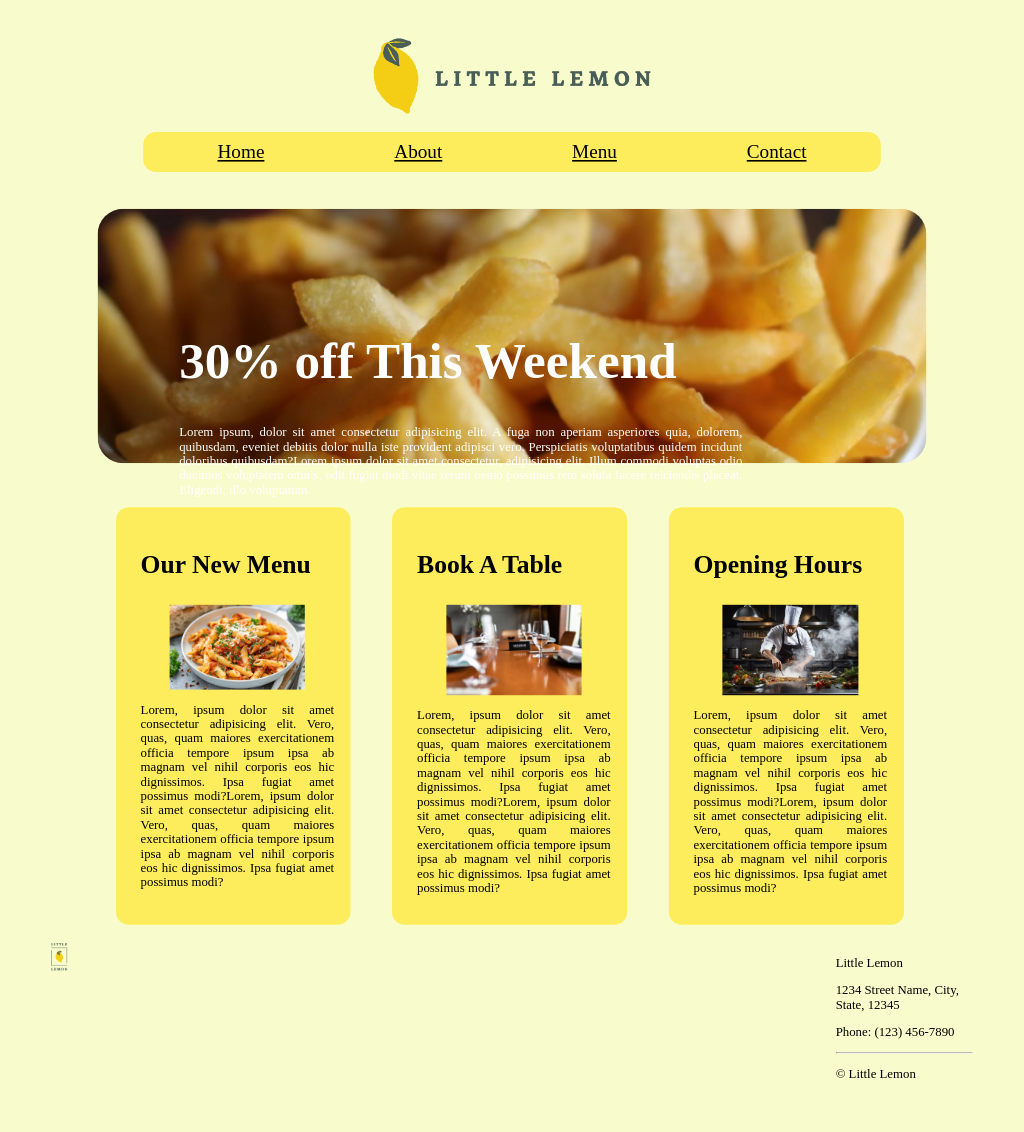
Repository: Yeshwanth-189/meta-html-css
Page: index.html
These files come from the project's save history. The page is drawn as it stood at one moment and after the next save; the edit follows.
The browser window is 1280 px wide. The pictures show the whole page, at 80% of full size.

Above is the page before, as saved 2025-04-22 00:31:27.

### index.html
<!DOCTYPE html>
<html lang="en">
    <head>
        <meta charset="UTF-8">
        <meta name="viewport" content="width=device-width, initial-scale=1.0">
        <title>Little Lemon</title>
        <link rel="stylesheet" href="styles.css">
        <meta name="description" content="A simple web page for Little Lemon restaurant.">
        <meta name="author" content="Little Lemon Restaurant">
    </head>
    <body>
        <header>
            <img src="/Logos/Asset 16@4x.png" alt="Little Lemon Logo" id="logo">
            <nav id="navbar">
                <ul>
                    <li><a href="home">Home</a></li>
                    <li><a href="about">About</a></li>
                    <li><a href="menu">Menu</a></li>
                    <li><a href="contact">Contact</a></li>
                </ul>
        </header>
        <main>
            <div>
                <img src="/Logos/image.png" alt="discount-image" id="discount-image">
                <div class="text-overlay">
                    <h1 class="discount-heading">30% off This Weekend</h1>
                    <p>Lorem ipsum, dolor sit amet consectetur adipisicing elit. A fuga non aperiam asperiores quia, dolorem, quibusdam, eveniet debitis dolor nulla iste provident adipisci vero. Perspiciatis voluptatibus quidem incidunt doloribus quibusdam?Lorem ipsum dolor sit amet consectetur, adipisicing elit. Illum commodi voluptas odio ducimus voluptatem omnis, odit fugiat modi vitae rerum nemo possimus rem soluta facere reiciendis placeat. Eligendi, illo voluptatum.</p>
            </div>
            <section>
                <article>
                    <h1>Our New Menu</h1>
                    <img src="/Logos/Pasta.png" alt="Pasta Image" id="article-image">
                    <p>Lorem, ipsum dolor sit amet consectetur adipisicing elit. Vero, quas, quam maiores exercitationem officia tempore ipsum ipsa ab magnam vel nihil corporis eos hic dignissimos. Ipsa fugiat amet possimus modi?Lorem, ipsum dolor sit amet consectetur adipisicing elit. Vero, quas, quam maiores exercitationem officia tempore ipsum ipsa ab magnam vel nihil corporis eos hic dignissimos. Ipsa fugiat amet possimus modi?</p>
                </article>
                <article>
                    <h1>Book A Table</h1>
                    <img src="/Logos/reserve.jpg" alt="Reserve Image" id="article-image">
                    <p>Lorem, ipsum dolor sit amet consectetur adipisicing elit. Vero, quas, quam maiores exercitationem officia tempore ipsum ipsa ab magnam vel nihil corporis eos hic dignissimos. Ipsa fugiat amet possimus modi?Lorem, ipsum dolor sit amet consectetur adipisicing elit. Vero, quas, quam maiores exercitationem officia tempore ipsum ipsa ab magnam vel nihil corporis eos hic dignissimos. Ipsa fugiat amet possimus modi?</p>
                </article>
                <article>
                    <h1>Opening Hours</h1>
                    <img src="/Logos/Chef.jpg" alt="Chef Image" id="article-image">
                    <p>Lorem, ipsum dolor sit amet consectetur adipisicing elit. Vero, quas, quam maiores exercitationem officia tempore ipsum ipsa ab magnam vel nihil corporis eos hic dignissimos. Ipsa fugiat amet possimus modi?Lorem, ipsum dolor sit amet consectetur adipisicing elit. Vero, quas, quam maiores exercitationem officia tempore ipsum ipsa ab magnam vel nihil corporis eos hic dignissimos. Ipsa fugiat amet possimus modi?</p>
                </article>
            </section>
        </main>
        <footer>
            <div>
                <img src="/Logos/Asset 20@4x.png" alt="Little Lemon Logo">
            </div>
            <div>
                <p>Little Lemon</p>
                <p>1234 Street Name, City, State, 12345</p>
                <p>Phone: (123) 456-7890</p>
                <p><hr></p>
                <p>&copy; Little Lemon</p>
            </div>
        </footer>
</html>

### styles.css
body {
  background-color: #f8fccc;
  margin-top: 3rem;
  margin-bottom: 3rem;
  margin-left: 5%;
  margin-right: 5%;
}
h1 {
  font-size: 3rem;
}
h1 {
  font-size: 2rem;
}
header > img {
  display: block;
  margin-left: auto;
  margin-right: auto;
  width: 30%;
  height: auto;
}
#discount-image {
  width: 90%;
  height: auto;
  margin-top: 2%;
  margin-left: 5%;
  border-radius: 2rem;
}
.text-overlay {
  position: absolute;
  top: 70%;
  left: 45%;
  transform: translate(-50%, -50%);
  color: white;
  text-align: justify;
}
.discount-heading {
  font-size: 400%;
}
nav ul {
  margin: 2% 10% 2% 10%;
  list-style-type: none;
  text-align: center;
  padding: 1%;
  background-color: rgb(253, 237, 92);
  display: flex;
  font-size: 1.5rem;
  border-radius: 1rem;
  justify-content: space-around;
}
nav li {
  display: inline-block;
}
section {
  display: flex;
  margin: 0% 3% 0% 7%;
}
article {
  flex: 1;
  padding-left: 3%;
  padding-right: 2%;
  padding-top: 2%;
  padding-bottom: 2%;
  text-align: justify;
  background-color: rgb(253, 237, 92);
  margin-right: 5%;
  margin-top: 5%;
  border-radius: 1rem;
}
article > img {
  display: block;
  margin-left: auto;
  margin-right: auto;
  width: 70%;
  height: auto;
}
footer {
  display: flex;
  align-content: flex-start;
  margin-top: 2%;
}
footer > div > img {
  display: block;
  width: 2%;
  height: auto;
}
a {
  color: black;
}

After the next save:
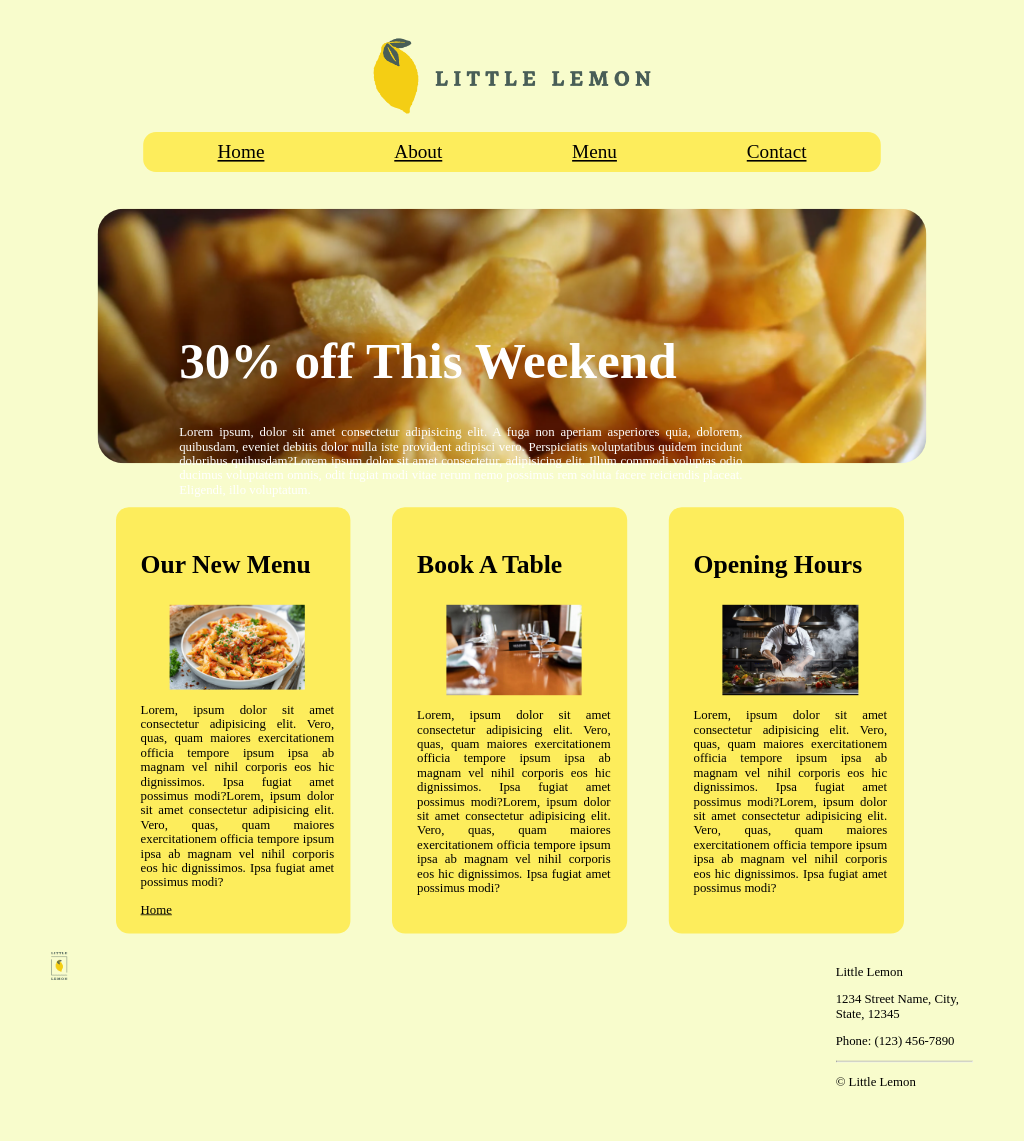
Saved 76 s later.
--- a/index.html
+++ b/index.html
@@ -31,6 +31,7 @@
                     <h1>Our New Menu</h1>
                     <img src="/Logos/Pasta.png" alt="Pasta Image" id="article-image">
                     <p>Lorem, ipsum dolor sit amet consectetur adipisicing elit. Vero, quas, quam maiores exercitationem officia tempore ipsum ipsa ab magnam vel nihil corporis eos hic dignissimos. Ipsa fugiat amet possimus modi?Lorem, ipsum dolor sit amet consectetur adipisicing elit. Vero, quas, quam maiores exercitationem officia tempore ipsum ipsa ab magnam vel nihil corporis eos hic dignissimos. Ipsa fugiat amet possimus modi?</p>
+                    <a href="home">Home</a>
                 </article>
                 <article>
                     <h1>Book A Table</h1>
